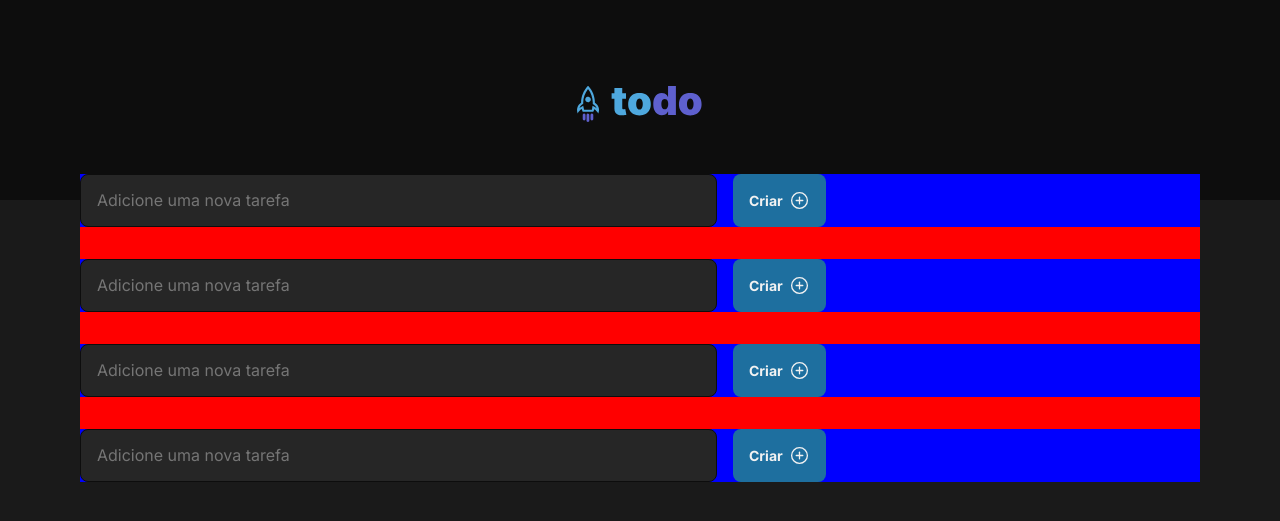
Repository: viniimartins/ToDoListROCKETSEAT
Page: /
These files come from the project's save history. The page is drawn as it stood at one moment and after a run of saves; the edit follows.
The browser window is 1280 px wide. The pictures show the whole page.
The project was rebuilt for these pictures with package versions that can differ from the ones it lists, and the page was loaded fresh each time. Also part of the build but not shown: vite.config.ts.

Above is the page before, as saved 2023-05-05 15:19:51.

### index.html
<!DOCTYPE html>
<html lang="en">
  <head>
    <meta charset="UTF-8" />

    <link rel="preconnect" href="https://fonts.googleapis.com" />
    <link rel="preconnect" href="https://fonts.gstatic.com" crossorigin />

    <link rel="icon" type="image/svg+xml" href="/vite.svg" />
    <meta name="viewport" content="width=device-width, initial-scale=1.0" />
    <title>Vite + React + TS</title>

    <link
      href="https://fonts.googleapis.com/css2?family=Inter:wght@400;700&display=swap"
      rel="stylesheet"
    />
  </head>
  <body>
    <div id="root"></div>
    <script type="module" src="/src/main.tsx"></script>
  </body>
</html>

### src/App.tsx
import { Header } from "./Components/Header";
import { AddTask } from "./Components/AddTask";

import styles from "./App.module.css";
import "./global.css";

export function App() {
  return (
    <>
      <div>
        <Header />

        <main className={styles.wrapper}>
          <AddTask />
          <AddTask />
          <AddTask />
          <AddTask />

        </main>
      </div>
    </>
  );
}

### src/Components/Header.tsx
import styles from "./Header.module.css";
import Logo from "../assets/Logo.svg";

export function Header() {
  return (
    <>
      <header className={styles.header}>
        <img src={Logo} />
      </header>
    </>
  );
}

### src/Components/AddTask.tsx
import { PlusCircle } from "phosphor-react";
import styles from "./AddTask.module.css";

export function AddTask() {
  return (
    <div className={styles.inputs}>
      <input
        className={styles.inputText}
        type="text"
        placeholder="Adicione uma nova tarefa"
      />
      <button className={styles.Button}>
        <span className={styles.ButtonText}>Criar</span>
        <PlusCircle size={21} />
      </button>
    </div>
  );
}

### src/App.module.css
.wrapper {
  max-width: 70rem;
  margin: -1.656rem auto;
  /* padding: 0 1rem; */

  display: grid;
  grid-template-columns: 1fr;
  gap: 2rem;
  align-items: flex-start;

  background-color: red;
}

### src/global.css
:root {
  --white: #fff;

  --gray-100: #f2f2f2;
  --gray-200: #d9d9d9;
  --gray-300: #808080;
  --gray-400: #333333;
  --gray-500: #262626;
  --gray-600: #1a1a1a;
  --gray-700: #0d0d0d;

  --purble: #8284fa;
  --purbleDark: #5e60ce;

  --blue: #4ea8de;
  --blueDark: #1E6F9F;

  --darger: #e25858;
}

:focus {
  outline: transparent;
  box-shadow: 0 0 0 2px var(--purbleDark);
}

* {
  margin: 0;
  padding: 0;
  box-sizing: border-box;
}

body {
  background: var(--gray-600);
  color: var(--gray-100);
  -webkit-font-smoothing: antialiased;
}

body,
input,
textarea,
button {
  font-family: "Inter", sans-serif;
  font-weight: 400;
  font-size: 1rem;
}

### src/Components/Header.module.css
.header {
  height: 12.5rem;
  background-color: var(--gray-700);
  display: flex;
  justify-content: center;
  align-items: center;
}

.header img {
  width: 7.875rem;
  height: 3rem;
}

### src/Components/AddTask.module.css
.inputs {
  display: flex;
  /* justify-content: space-between; */
  gap: 1rem;
  background-color: blue;
}

.inputText {
  width: 39.813rem;
  height: 3.313rem;

  border-radius: 0.5rem;
  padding: 1rem;
  border: 1px solid var(--gray-700);

  font-weight: 400;
  font-size: 1rem;
  background-color: var(--gray-500);
}

.Button {
  display: flex;
  align-items: center;

  background-color: var(--blueDark);
  color: var(--gray-100);

  border: none;
  border-radius: 0.5rem;
  padding: 1rem;
  cursor: pointer;
  gap: 0.4rem;

  font-weight: 700;
  font-size: 0.875rem;
}

.Button:hover {
  background: var(--blue);
}

Loaded but not shown: src/main.tsx (common file)

After the next 2 saves:
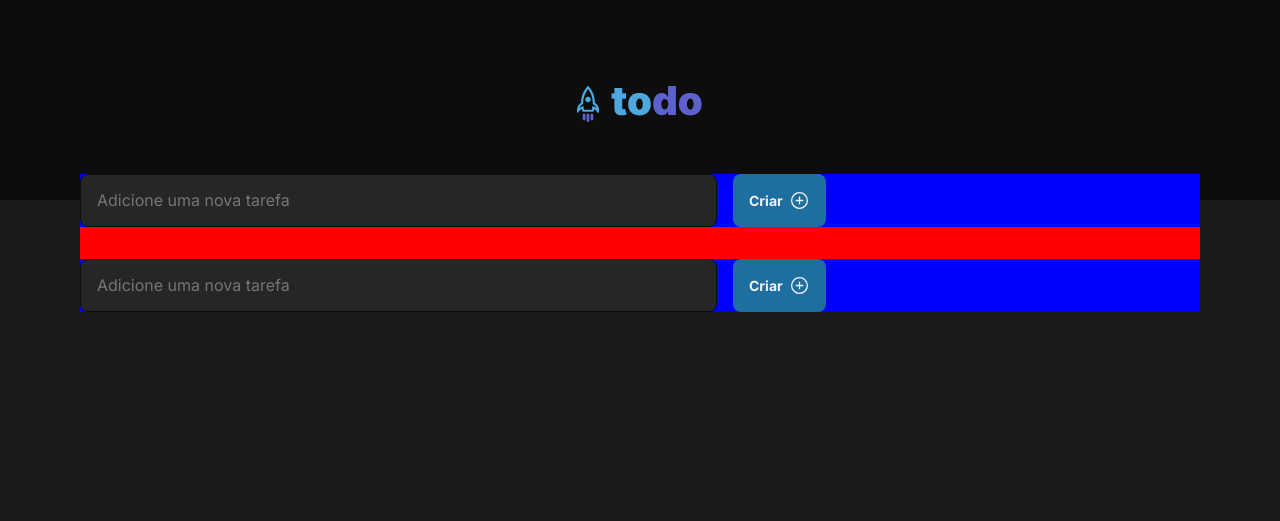
The 2 saves are shown as one change because they came seconds apart.
The last was saved 5 s later.
--- a/src/App.tsx
+++ b/src/App.tsx
@@ -13,9 +13,6 @@ export function App() {
         <main className={styles.wrapper}>
           <AddTask />
           <AddTask />
-          <AddTask />
-          <AddTask />
-
         </main>
       </div>
     </>
